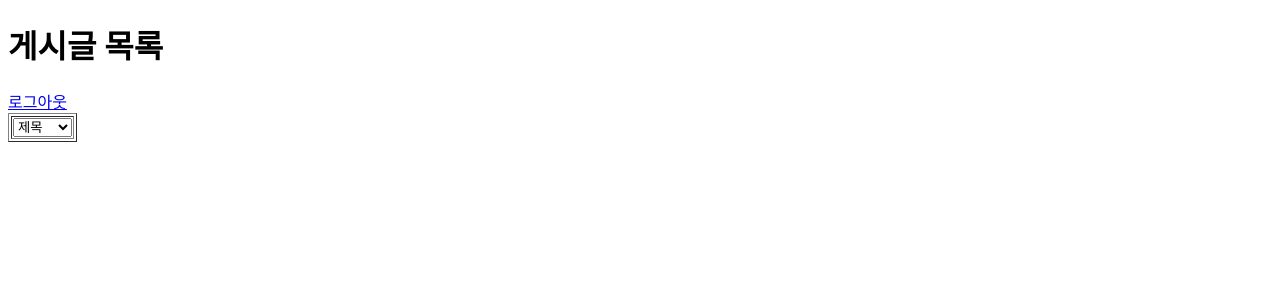
Repository: JunHyuckSong/workspaceSpring
Page: http://localhost/day11/main.jsp
The author's editor kept a copy of each file at every save. The page is drawn from the files as they stood at one save, then again after the next save.
The browser window is 1280 px wide. The pictures show the whole page.
The page is served by Tomcat 9. Other server files are loaded and not shown.

Above is the page before, as saved 2021-12-23 10:28:08.

### day11/src/main/webapp/main.jsp
<%@ page language="java" contentType="text/html; charset=EUC-KR"
    pageEncoding="EUC-KR"%>
<!DOCTYPE html>
<html>
<head>
<meta charset="EUC-KR">
<title>메인페이지</title>
</head>
<body>
	<h1>게시글 목록</h1>
	<a href="logout_C.jsp">로그아웃</a>

	<form action="main.jsp" method="post">
		<table border="1">
			<tr>
				<td>
					<select name="searchCondition">
						<option value="title">제목</option>
						<option value="writer">작성자</option>
					</select>
				</td>
			</tr>
		</table>
	</form>

</body>
</html>

After the next save:
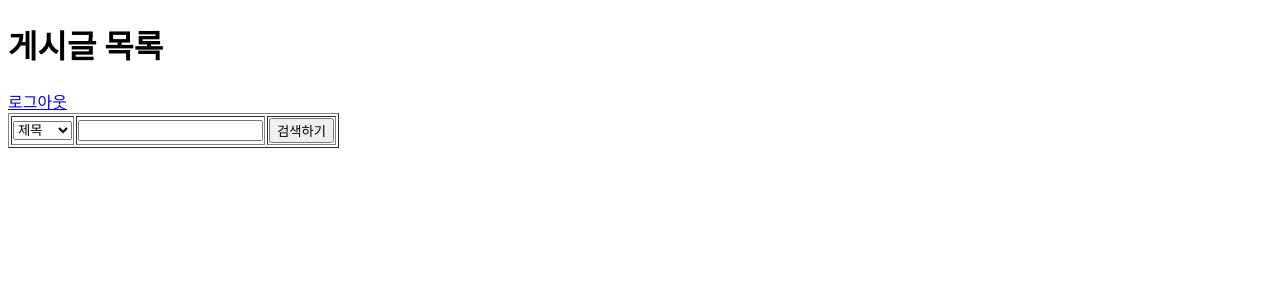
Saved 2 min 3 s later.
--- a/day11/src/main/webapp/main.jsp
+++ b/day11/src/main/webapp/main.jsp
@@ -19,6 +19,12 @@
 						<option value="writer">작성자</option>
 					</select>
 				</td>
+				<td>
+					<input type="text" name="searchContent">
+				</td>
+				<td>
+					<input type="submit" value="검색하기">
+				</td>
 			</tr>
 		</table>
 	</form>
